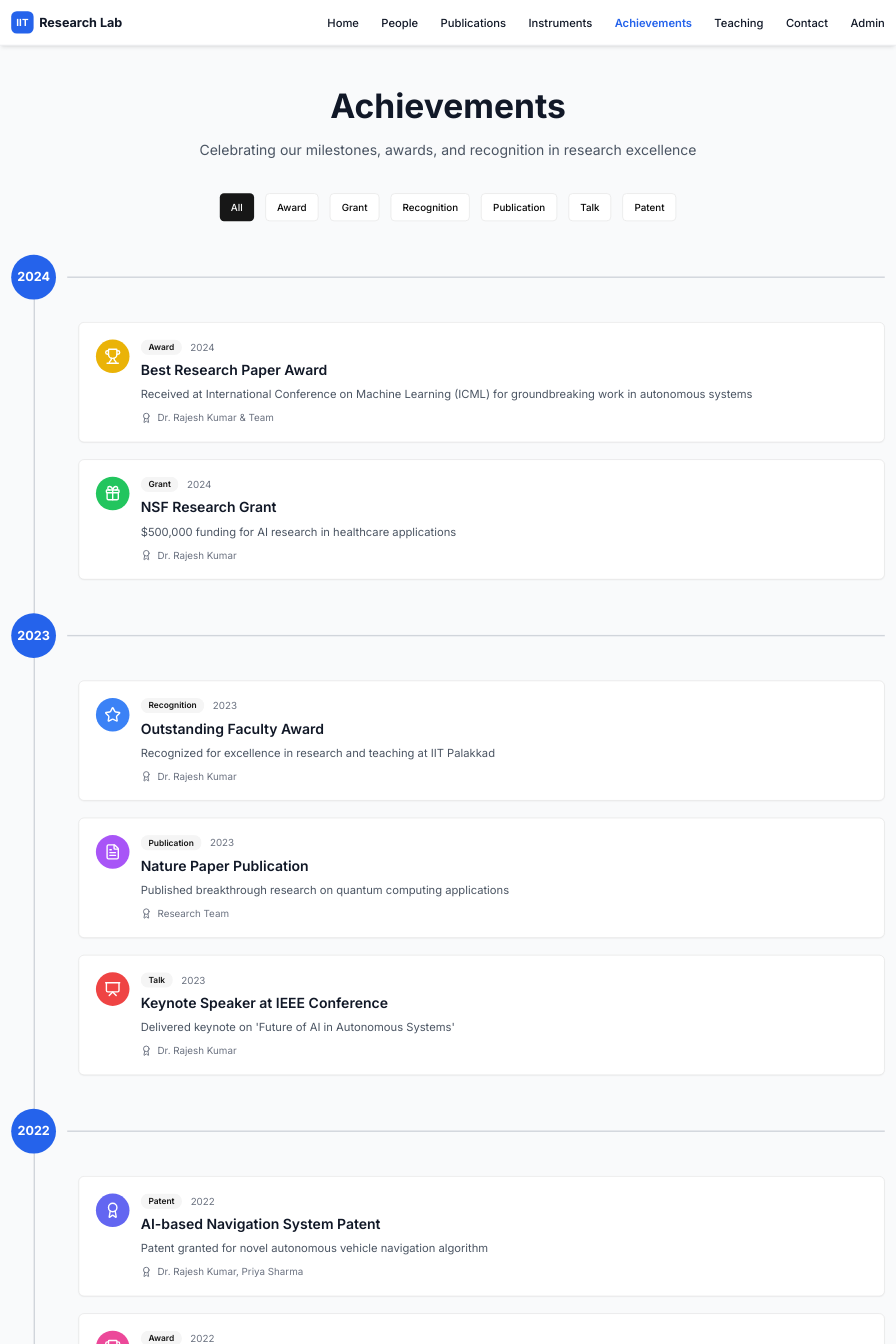
Repository: Gopikrish-30/iit-palakkad-arise
Page: /achievements
These files come from the project's save history. The page is drawn as it stood at one moment and after the next save; the edit follows.
The browser window is 1280 px wide. The pictures show the part of the page from y = 0 to 1920 px (the page is 2841 px tall before and 1305 px after), at 70% of full size.
The project was rebuilt for these pictures with package versions that can differ from the ones it lists, and the page was loaded fresh each time. The framework's server and built-in components were replaced by stand-ins that run in the browser. Also part of the build but not shown: next.config.mjs.

Above is the page before, as saved 2025-06-01 22:36:24.

After the next save:
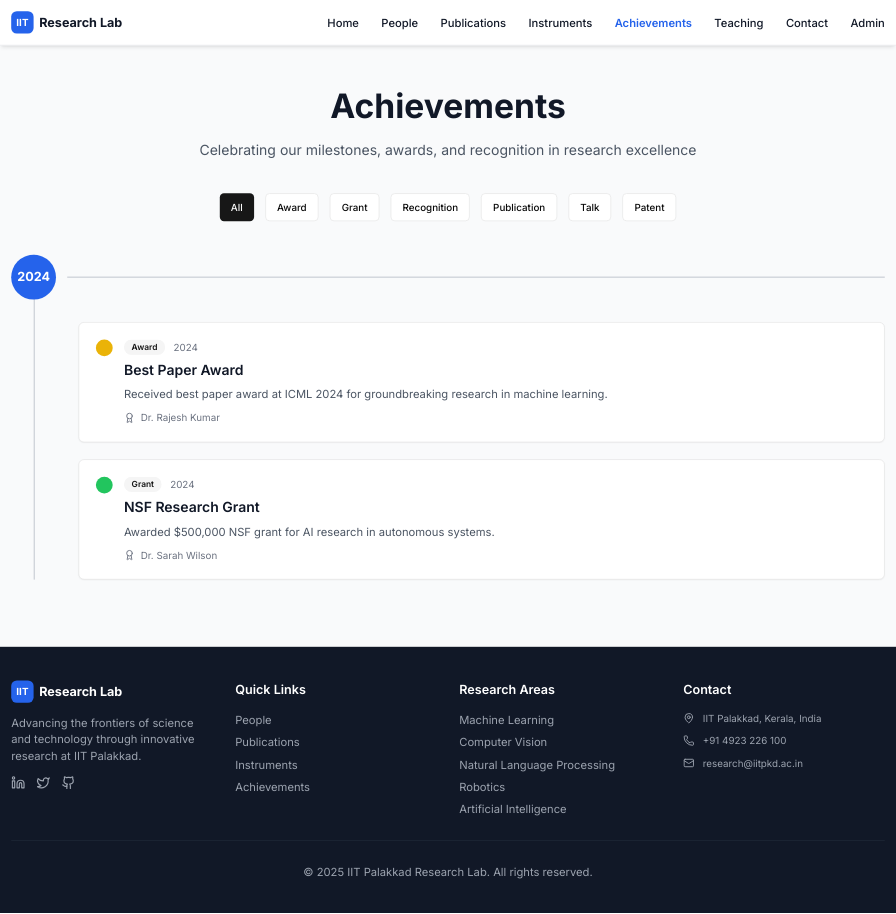
Saved 22 s later.
--- a/app/achievements/page.tsx
+++ b/app/achievements/page.tsx
@@ -8,93 +8,20 @@ import { Button } from "@/components/ui/button"
 import { Award, Trophy, Star, Gift, Presentation, FileText, Calendar } from "lucide-react"
 import { useData } from "@/lib/data-context"
 
-const achievements = [
-  {
-    id: 1,
-    year: 2024,
-    type: "Award",
-    title: "Best Research Paper Award",
-    description:
-      "Received at International Conference on Machine Learning (ICML) for groundbreaking work in autonomous systems",
-    recipient: "Dr. Rajesh Kumar & Team",
-    icon: Trophy,
-    color: "bg-yellow-500",
-  },
-  {
-    id: 2,
-    year: 2024,
-    type: "Grant",
-    title: "NSF Research Grant",
-    description: "$500,000 funding for AI research in healthcare applications",
-    recipient: "Dr. Rajesh Kumar",
-    icon: Gift,
-    color: "bg-green-500",
-  },
-  {
-    id: 3,
-    year: 2023,
-    type: "Recognition",
-    title: "Outstanding Faculty Award",
-    description: "Recognized for excellence in research and teaching at IIT Palakkad",
-    recipient: "Dr. Rajesh Kumar",
-    icon: Star,
-    color: "bg-blue-500",
-  },
-  {
-    id: 4,
-    year: 2023,
-    type: "Publication",
-    title: "Nature Paper Publication",
-    description: "Published breakthrough research on quantum computing applications",
-    recipient: "Research Team",
-    icon: FileText,
-    color: "bg-purple-500",
-  },
-  {
-    id: 5,
-    year: 2023,
-    type: "Talk",
-    title: "Keynote Speaker at IEEE Conference",
-    description: "Delivered keynote on 'Future of AI in Autonomous Systems'",
-    recipient: "Dr. Rajesh Kumar",
-    icon: Presentation,
-    color: "bg-red-500",
-  },
-  {
-    id: 6,
-    year: 2022,
-    type: "Patent",
-    title: "AI-based Navigation System Patent",
-    description: "Patent granted for novel autonomous vehicle navigation algorithm",
-    recipient: "Dr. Rajesh Kumar, Priya Sharma",
-    icon: Award,
-    color: "bg-indigo-500",
-  },
-  {
-    id: 7,
-    year: 2022,
-    type: "Award",
-    title: "Young Researcher Award",
-    description: "Priya Sharma recognized for outstanding PhD research contributions",
-    recipient: "Priya Sharma",
-    icon: Trophy,
-    color: "bg-pink-500",
-  },
-  {
-    id: 8,
-    year: 2021,
-    type: "Grant",
-    title: "Industry Collaboration Grant",
-    description: "Partnership with leading tech company for robotics research",
-    recipient: "Lab Team",
-    icon: Gift,
-    color: "bg-teal-500",
-  },
-]
+// Icon mapping for achievements
+const iconMap: Record<string, any> = {
+  Award: Trophy,
+  DollarSign: Gift,
+  Star: Star,
+  FileText: FileText,
+  Presentation: Presentation,
+  Trophy: Trophy,
+}
 
 const types = ["All", "Award", "Grant", "Recognition", "Publication", "Talk", "Patent"]
 
 export default function AchievementsPage() {
+  const { achievements } = useData()
   const [selectedType, setSelectedType] = useState("All")
 
   const filteredAchievements =
